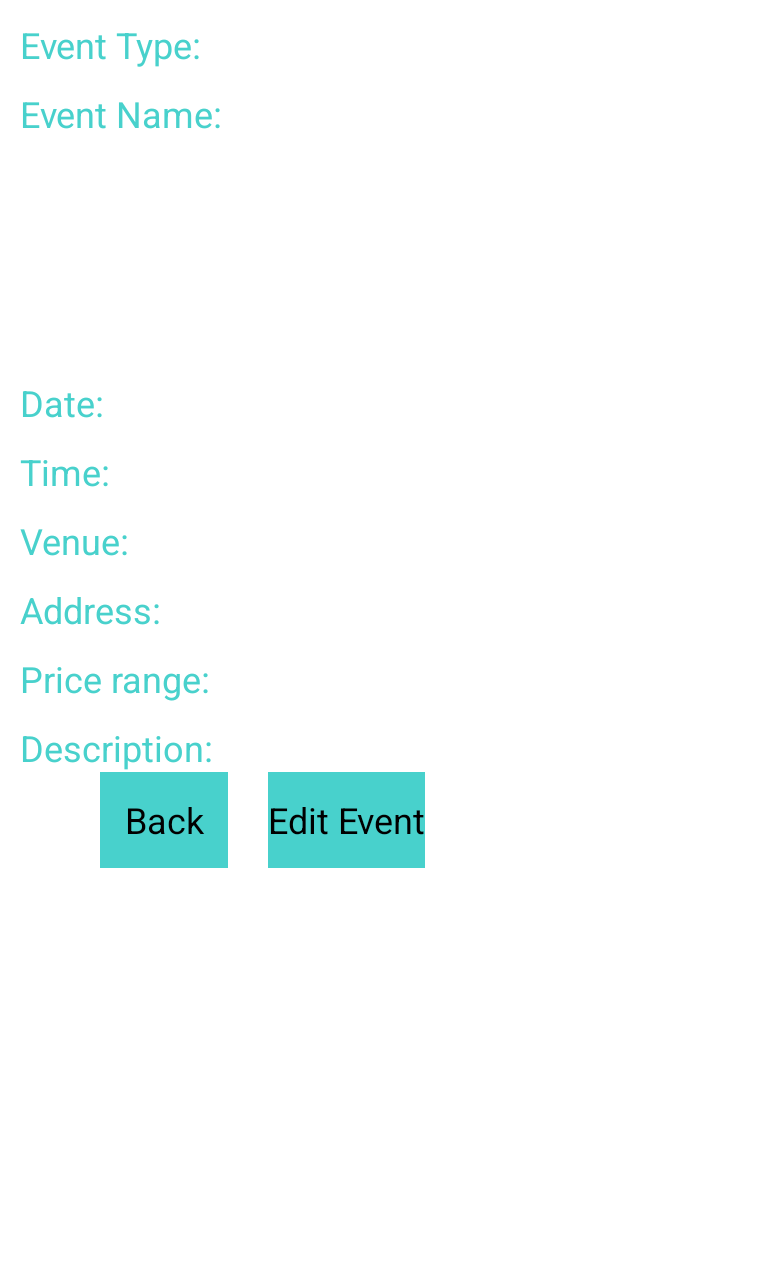
Repository: COMP231-S63G1/COMP231-S63G1
Layout: Wanna/res/layout/activity_view_created_event.xml
The author's editor kept a copy of each file at every save. The layout is drawn from the files as they stood at one save, then again after the next save.
It is drawn on a 768 x 1280 px phone screen (xhdpi) without system bars, with theme AppTheme; the app's code is not run.

Above is the layout before, as saved 2014-11-29 21:01:36.

After the next save:
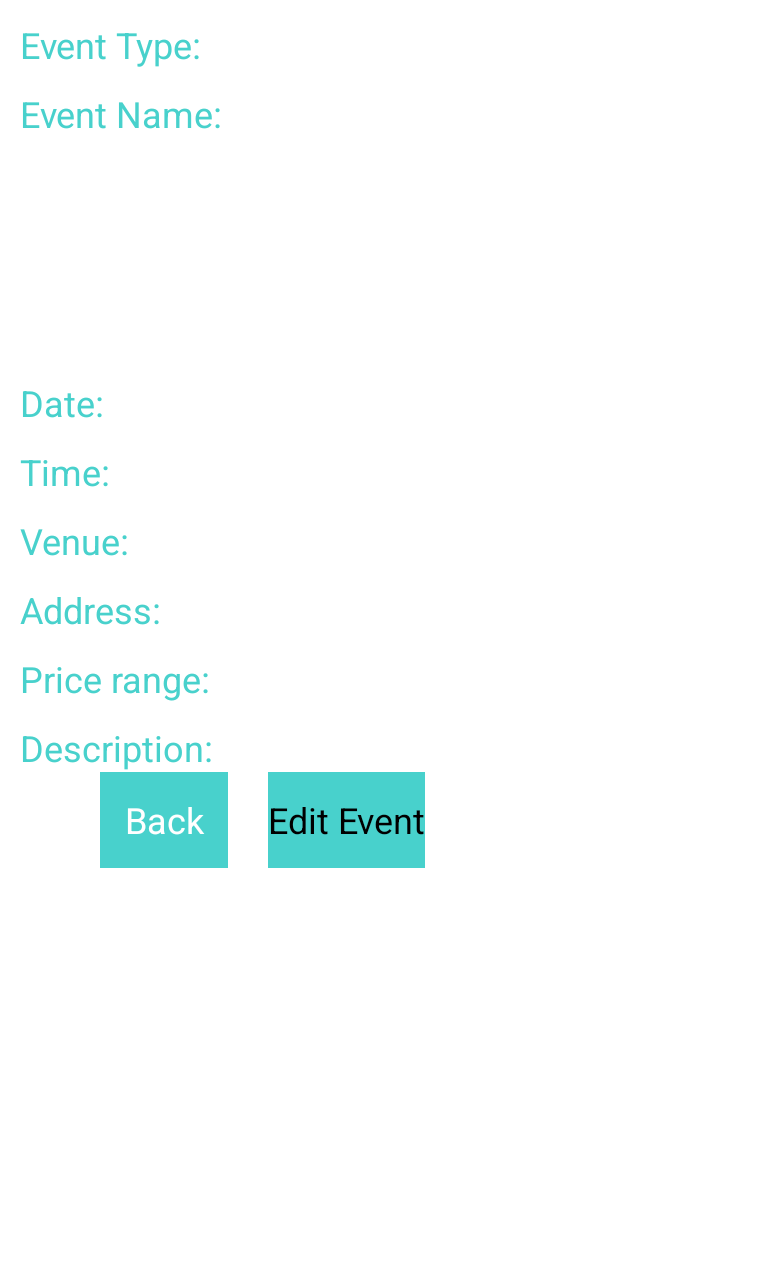
Saved 13 min 31 s later.
--- a/Wanna/res/layout/activity_view_created_event.xml
+++ b/Wanna/res/layout/activity_view_created_event.xml
@@ -190,7 +190,9 @@
                 android:layout_marginLeft="50dp"
                 android:background="#48D1CC"
                 android:onClick="onViewEventDetailBackClick"
-                android:text="@string/buttonBack" />
+                android:text="@string/buttonBack"
+                android:textColor="#ffffff"
+                />
                <Button
                 android:id="@+id/buttonEdit"
                 android:layout_width="wrap_content"
